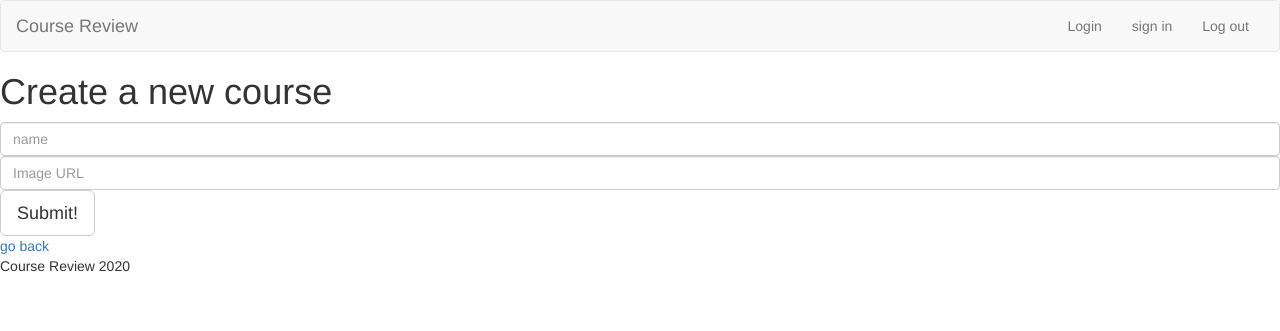
Repository: codewangg/CourseReview
Page: http://localhost/courses/new
An editor plug-in stored every save of this project. The page is shown before and after the next save, followed by the edit.
The browser window is 1280 px wide. The pictures show the whole page.
The page is served by the project's Node server (app.js).

Above is the page before, as saved 2020-08-15 18:43:02.

After the next save:
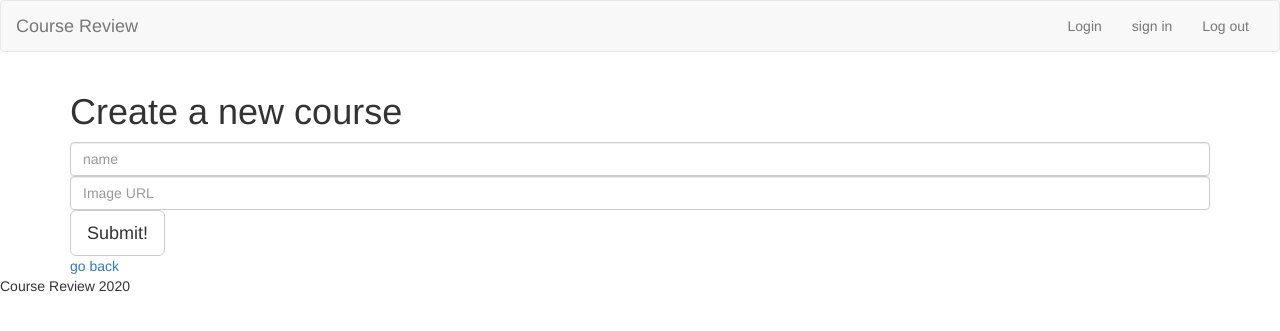
Saved 35 s later.
--- a/views/new.ejs
+++ b/views/new.ejs
@@ -1,11 +1,14 @@
 <%- include('partials/header')%>
-<h1>Create a new course</h1>
-<form action="/courses" method="POST">
-    <input class="form-control" type="text" name="name" placeholder="name">
-    <input class="form-control" type="text" name="image" placeholder="Image URL">
-    <button class="btn btn-lg btn-default">Submit!</button>
-</form>
 
-<a href="/courses">go back</a>
+<div class="container">
 
+    <h1>Create a new course</h1>
+    <form action="/courses" method="POST">
+        <input class="form-control" type="text" name="name" placeholder="name">
+        <input class="form-control" type="text" name="image" placeholder="Image URL">
+        <button class="btn btn-lg btn-default">Submit!</button>
+    </form>
+
+    <a href="/courses">go back</a>
+</div>
 <%- include('partials/footer')%>
